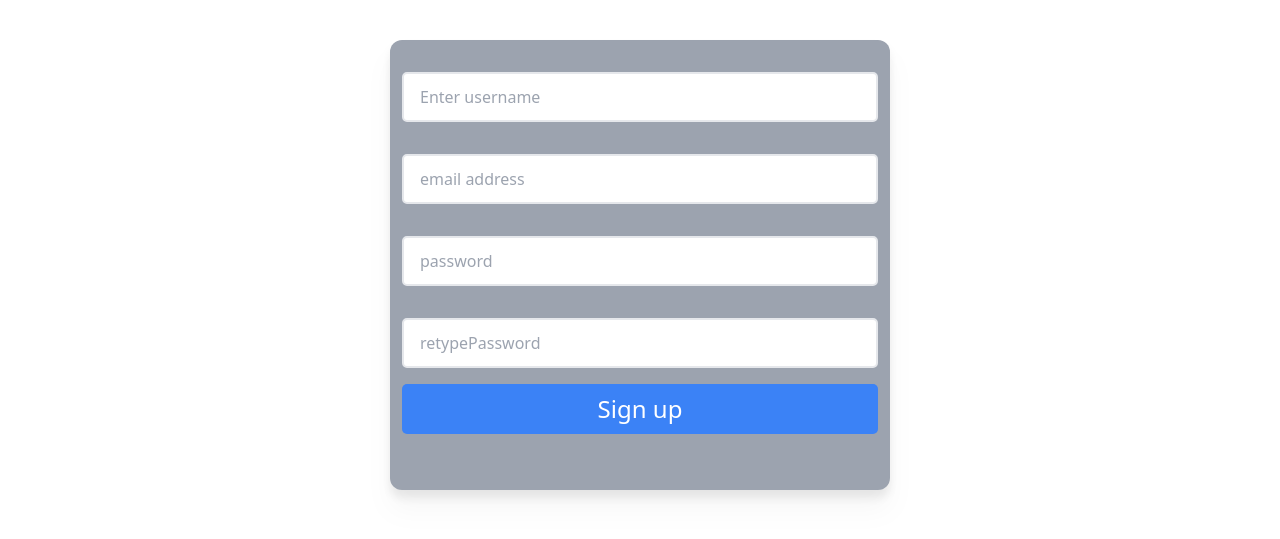
Repository: miraclesamson/e-commerce
Page: /
The author's editor kept a copy of each file at every save. The page is drawn from the files as they stood at one save, then again after the next save.
The browser window is 1280 px wide. The pictures show the whole page.
The page's requests for data from a server got no answer. Some web libraries are served in a nearby version. The project was rebuilt for these pictures with package versions that can differ from the ones it lists, and the page was loaded fresh each time. No one was signed in, and anything a server would have sent is missing.

Above is the page before, as saved 2022-09-04 08:04:27.

### public/index.html
<!DOCTYPE html>
<html lang="en">

<head>
  <meta charset="utf-8" />
  <link rel="icon" href="%PUBLIC_URL%/favicon.ico" />
  <meta name="viewport" content="width=device-width, initial-scale=1" />
  <meta name="theme-color" content="#000000" />
  <meta name="description" content="Web site created using create-react-app" />
  <link rel="apple-touch-icon" href="%PUBLIC_URL%/logo192.png" />
  <!--
      manifest.json provides metadata used when your web app is installed on a
      user's mobile device or desktop. See https://developers.google.com/web/fundamentals/web-app-manifest/
    -->
  <link rel="manifest" href="%PUBLIC_URL%/manifest.json" />
  <!--
      Notice the use of %PUBLIC_URL% in the tags above.
      It will be replaced with the URL of the `public` folder during the build.
      Only files inside the `public` folder can be referenced from the HTML.

      Unlike "/favicon.ico" or "favicon.ico", "%PUBLIC_URL%/favicon.ico" will
      work correctly both with client-side routing and a non-root public URL.
      Learn how to configure a non-root public URL by running `npm run build`.
    -->
  <title>React App</title>
  <script src="https://kit.fontawesome.com/2345683446.js" crossorigin="anonymous"></script>
</head>

<body>
  <noscript>You need to enable JavaScript to run this app.</noscript>
  <div id="root"></div>
  <!--
      This HTML file is a template.
      If you open it directly in the browser, you will see an empty page.

      You can add webfonts, meta tags, or analytics to this file.
      The build step will place the bundled scripts into the <body> tag.

      To begin the development, run `npm start` or `yarn start`.
      To create a production bundle, use `npm run build` or `yarn build`.
    -->
</body>

</html>

### src/App.js
import React, { useEffect, useState } from "react";

import { fireAuth } from "./firebase";
import Signup from "./pages/Signup";

function App() {
  const [user, setUser] = useState();

  const onAuthStateChange = (user) => {
    setUser(user);
  };

  useEffect(() => {
    const subscriber = fireAuth.onAuthStateChanged(onAuthStateChange);

    // console.log(subscriber);
    return subscriber; // unsubscribe on unmount
  }, []);

  return <Signup />;
}

export default App;

### src/firebase.js
// Import the functions you need from the SDKs you need
import { initializeApp } from "firebase/app";
import { getAnalytics } from "firebase/analytics";
import { getFirestore } from "firebase/firestore";
import { getAuth } from "firebase/auth";

// TODO: Add SDKs for Firebase products that you want to use
// https://firebase.google.com/docs/web/setup#available-libraries

// Your web app's Firebase configuration
// For Firebase JS SDK v7.20.0 and later, measurementId is optional
const firebaseConfig = {
  apiKey: "AIzaSyCPRbN0p39vfpSQbeUfPQqL-eSKSP4enuo",
  authDomain: "e-commerce-fe56b.firebaseapp.com",
  projectId: "e-commerce-fe56b",
  storageBucket: "e-commerce-fe56b.appspot.com",
  messagingSenderId: "989187869030",
  appId: "1:989187869030:web:b68d76a53f95698398e0a7",
  measurementId: "G-1KH0YDN1NY",
};

// Initialize Firebase
export const app = initializeApp(firebaseConfig);
export const analytics = getAnalytics(app);
export const fireStore = getFirestore(app);
export const fireAuth = getAuth(app);

### src/pages/Signup.jsx
import React from "react";
import * as Yup from "yup";
import { useFormik } from "formik";
import { getAuth, createUserWithEmailAndPassword } from "firebase/auth";

import { fireAuth } from "../firebase";

const validationSchema = Yup.object({
  username: Yup.string()
    .min(8)
    .label("username")
    .required("username is required")
    .matches(
      /^(?=.*[a-z])(?=.*[A-Z])(?=.*\d)(?=.*[@$!%*?&])[A-Za-z\d@$!%*?&]{6,}$/
    ),
  email: Yup.string()
    .email("Invalid email address")
    .label("Email")
    .required("Email is Required"),
  password: Yup.string()
    .min(8, "Must be 6 characters or more")
    .matches(
      /^(?=.*[a-z])(?=.*[A-Z])(?=.*\d)(?=.*[@$!%*?&])[A-Za-z\d@$!%*?&]{6,}$/,
      "Password must contain at least one lowercase letter, one uppercase letter, one number and one special character"
    )
    .label("Password")
    .required("Password is required"),
  retypePassword: Yup.string()
    .required("Please retype your password.")
    .oneOf([Yup.ref("password")], "Your passwords do not match."),
});

function Signup() {
  const formik = useFormik({
    initialValues: {
      username: "",
      email: "",
      password: "",
    },
    validationSchema: validationSchema,
    onSubmit: (values) => {
      console.log(values);
      const auth = getAuth();
      createUserWithEmailAndPassword(
        fireAuth,
        auth,
        values.username,
        values.email,
        values.password,
        values.retypePassword
      )
        .then((userCredential) => {
          // Signed in
          const user = userCredential.user;
          console.log(user);
          // ...
        })
        .catch((error) => {
          if (error.code === "auth/email-already-in-use") {
            alert("The email address is already in use");
          } else if (error.code === "auth/invalid-email") {
            alert("The email address is not valid.");
          } else if (error.code === "auth/operation-not-allowed") {
            alert("Operation not allowed.");
          } else if (error.code === "auth/weak-password") {
            alert("The password is too weak.");
            // ..
          }
          console.log(error);
        });
    },
  });

  return (
    <div className="flex justify-center items-center mt-10">
      <div className="bg-gray-400 w-[500px] h-[450px] drop-shadow-xl rounded-xl px-3">
        <form onSubmit={formik.handleSubmit} className="w-full">
          <div className="mb-4 mt-4">
            <input
              id="username"
              type="text"
              placeholder="Enter username"
              className="h-[50px] p-4 w-full border-2 rounded-[5px] mt-4"
              {...formik.getFieldProps("username")}
            />
            {formik.touched.username && formik.errors.username ? (
              <div>{formik.errors.username}</div>
            ) : null}
          </div>
          <div className="mb-4 mt-4">
            <input
              id="email"
              type="text"
              {...formik.getFieldProps("email")}
              placeholder="email address"
              className="h-[50px] p-4 w-full border-2 rounded-[5px] mt-4"
            />
            {formik.touched.email && formik.errors.email ? (
              <div>{formik.errors.email}</div>
            ) : null}
          </div>

          <div className="mb-4">
            <input
              id="password"
              type="text"
              placeholder="password"
              {...formik.getFieldProps("password")}
              className="h-[50px] p-4 w-full border-2 rounded-[5px] mt-4"
            />
            {formik.touched.password && formik.errors.password ? (
              <div>{formik.errors.password}</div>
            ) : null}
          </div>

          <div className="mb-4">
            <input
              id="retypePassword"
              type="text"
              placeholder="retypePassword"
              {...formik.getFieldProps("retypePassword")}
              className="h-[50px] p-4 w-full border-2 rounded-[5px] mt-4"
            />
            {formik.touched.retypePassword && formik.errors.retypePassword ? (
              <div>{formik.errors.retypePassword}</div>
            ) : null}
          </div>

          <button
            type="submit"
            className="bg-blue-500 w-full h-[50px] rounded-[5px] text-white font-medium text-[24px]"
          >
            Sign up
          </button>
        </form>
      </div>
    </div>
  );
}
export default Signup;

Loaded but not shown: src/index.js (common file); src/index.css (common file); src/reportWebVitals.js (common file); tailwind.config.js (common file)

After the next save:
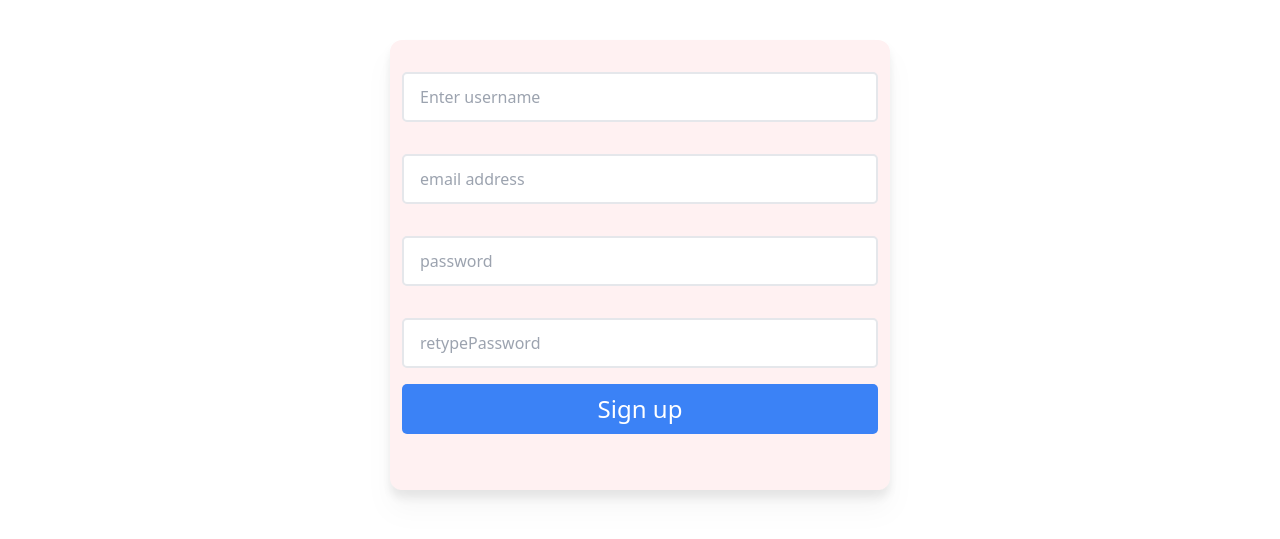
Saved 10 h 30 min later.
--- a/src/pages/Signup.jsx
+++ b/src/pages/Signup.jsx
@@ -56,24 +56,17 @@ function Signup() {
           // ...
         })
         .catch((error) => {
-          if (error.code === "auth/email-already-in-use") {
-            alert("The email address is already in use");
-          } else if (error.code === "auth/invalid-email") {
-            alert("The email address is not valid.");
-          } else if (error.code === "auth/operation-not-allowed") {
-            alert("Operation not allowed.");
-          } else if (error.code === "auth/weak-password") {
-            alert("The password is too weak.");
-            // ..
-          }
-          console.log(error);
+          const errorCode = error.code;
+          const errorMessage = error.message;
+          console.log(errorMessage);
+          // ..
         });
     },
   });
 
   return (
     <div className="flex justify-center items-center mt-10">
-      <div className="bg-gray-400 w-[500px] h-[450px] drop-shadow-xl rounded-xl px-3">
+      <div className="bg-rose-50 w-[500px] h-[450px] drop-shadow-xl rounded-xl px-3">
         <form onSubmit={formik.handleSubmit} className="w-full">
           <div className="mb-4 mt-4">
             <input
